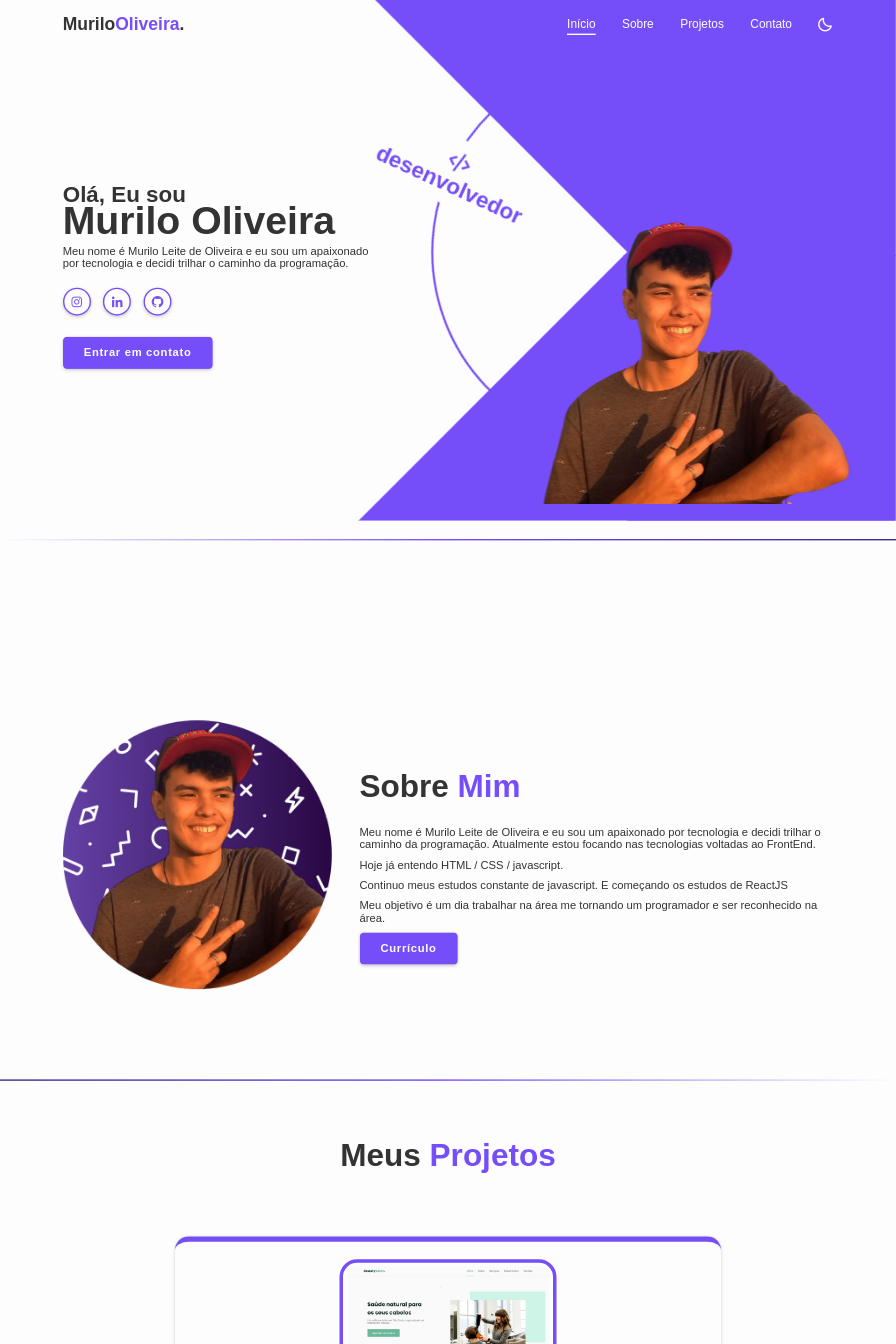
Repository: devMuriloOliveira/Portfolio-
Page: index.html
These files come from the project's save history. The page is drawn as it stood at one moment and after the next save; the edit follows.
The browser window is 1280 px wide. The pictures show the part of the page from y = 0 to 1920 px (the page is 3045 px tall), at 70% of full size.
Some web fonts or font styles are not loaded; a fallback is used.

Above is the page before, as saved 2023-03-16 11:42:30.

After the next save:
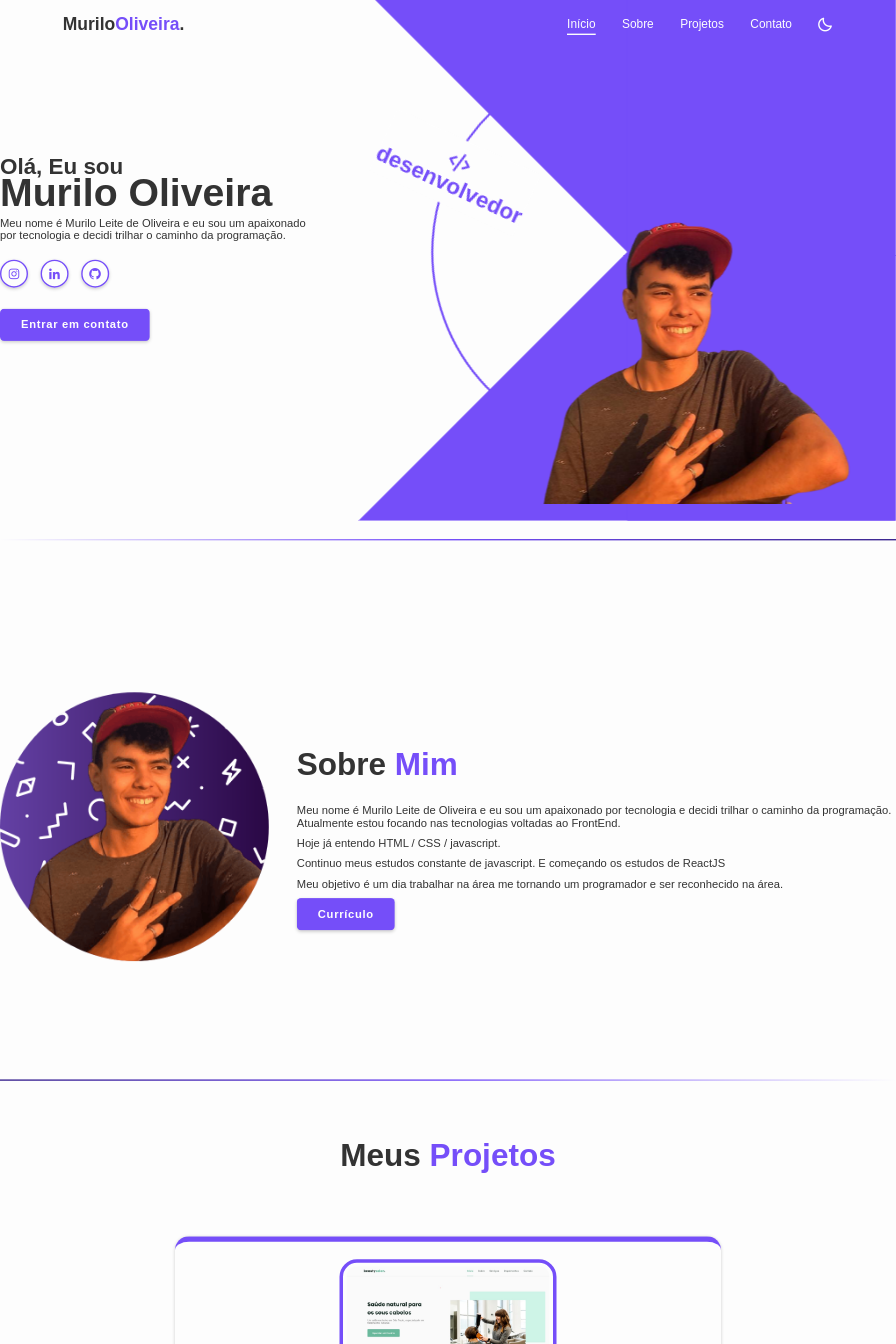
Saved 36 s later.
--- a/style.css
+++ b/style.css
@@ -126,7 +126,7 @@ background: linear-gradient(90deg, rgba(60,39,143,1) 0%, rgba(117,78,249,1) 50%,
 
 section{
   min-height: 100vh;
-  padding: 10rem 7% 2rem;
+
 }
 
 .inicio{
